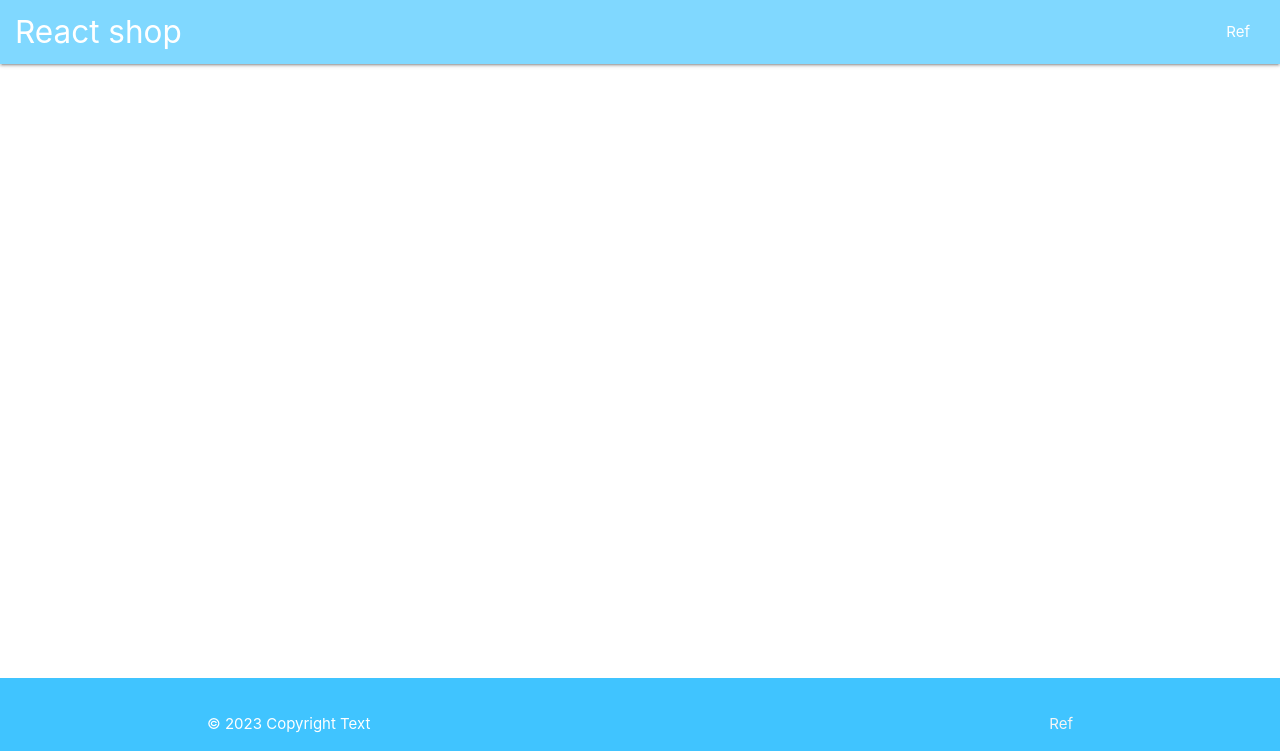
Repository: qui-qui-qui/react-recipe
Page: /
These files come from the project's save history. The page is drawn as it stood at one moment and after the next save; the edit follows.
The browser window is 1280 px wide. The pictures show the whole page.
The project was rebuilt for these pictures with package versions that can differ from the ones it lists, and the page was loaded fresh each time. Also part of the build but not shown: src/pages/About.jsx, src/pages/Contact.jsx.

Above is the page before, as saved 2023-01-09 15:04:12.

### public/index.html
<!DOCTYPE html>
<html lang="en">
  <head>
    <meta charset="utf-8" />
    <link rel="icon" href="%PUBLIC_URL%/favicon.ico" />
    <meta name="viewport" content="width=device-width, initial-scale=1" />
    <meta name="theme-color" content="#000000" />
    <meta
      name="spa app"
      content="spa using routing"
    />
    <link rel="apple-touch-icon" href="%PUBLIC_URL%/logo192.png" />
    <link rel="manifest" href="%PUBLIC_URL%/manifest.json" />
    <title>SPA</title>
    <link rel="stylesheet" href="https://cdnjs.cloudflare.com/ajax/libs/materialize/1.0.0/css/materialize.min.css">
  </head>
  <body>
    <noscript>You need to enable JavaScript to run this app.</noscript>
    <div id="root"></div>
  </body>
</html>

### src/index.css
body {
  margin: 0;
  font-family: -apple-system, BlinkMacSystemFont, 'Segoe UI', 'Roboto', 'Oxygen',
    'Ubuntu', 'Cantarell', 'Fira Sans', 'Droid Sans', 'Helvetica Neue',
    sans-serif;
  -webkit-font-smoothing: antialiased;
  -moz-osx-font-smoothing: grayscale;
}

nav {
  padding: 0 1rem;
}

.content {
  min-height: calc(100vh - 70px - 36px);
  padding: 1.5rem 0;
}

.footer {
  padding: 1rem;
}

### src/App.js
import { BrowserRouter as Router, Routes, Route, Switch } from "react-router-dom";
import { Header } from "./components/Header";
import { Footer } from "./components/Footer";

import { Home } from "./pages/Home";
import { About } from "./pages/About";
import { Contact } from "./pages/Contact";

function App() {
  return (
    <>
      <Header />
      <main className="container content">
        <Router>
          <Routes>
            <Route path="/" element={<Home />} />
            <Route path="/about" element={<About />} />
            <Route path="/contacts" element={<Contact />} />
          </Routes>
        </Router>
      </main>
      <Footer />
    </>
  );
}

export default App;

### src/components/Header.jsx
function Header() {
    return <nav className="light-blue accent-1">
      <div className="nav-wrapper">
        <a href="!#" className="brand-logo left">React shop</a>
        <ul id="nav-mobile" className="right">
          <li><a href="!#">Ref</a></li>
        </ul>
      </div>
  </nav>
}

export {Header}

### src/components/Footer.jsx
function Footer() {
    return <footer className="page-footer light-blue accent-2">
      <div className="container footer">
      © {new Date().getFullYear()} Copyright Text
      <a className="grey-text text-lighten-4 right" href="#!">Ref</a>
      </div>
  </footer>
}

export {Footer}

### src/pages/Home.jsx
function Home() {
    <h1>Hello from home</h1>
}

export {Home};

Loaded but not shown: src/index.js (common file)

After the next save:
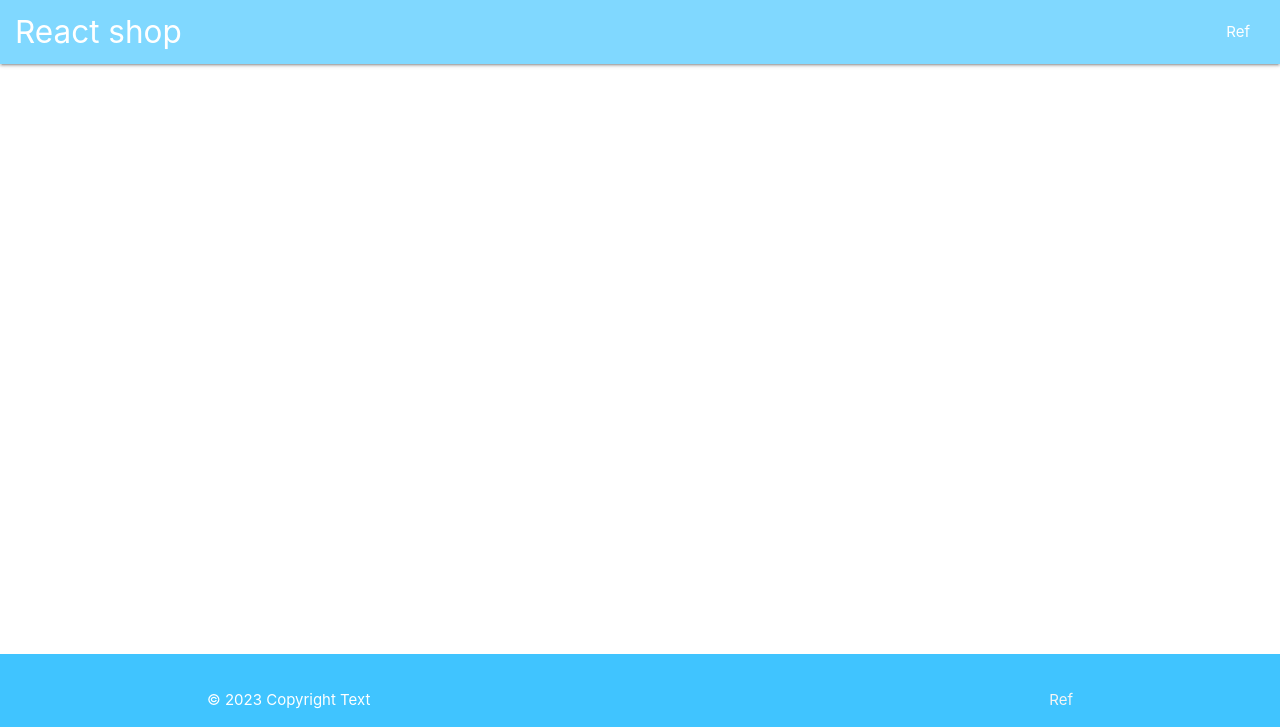
Saved 17 s later.
--- a/src/index.css
+++ b/src/index.css
@@ -12,7 +12,7 @@ nav {
 }
 
 .content {
-  min-height: calc(100vh - 70px - 36px);
+  min-height: calc(100vh - 70px - 60px);
   padding: 1.5rem 0;
 }
 
